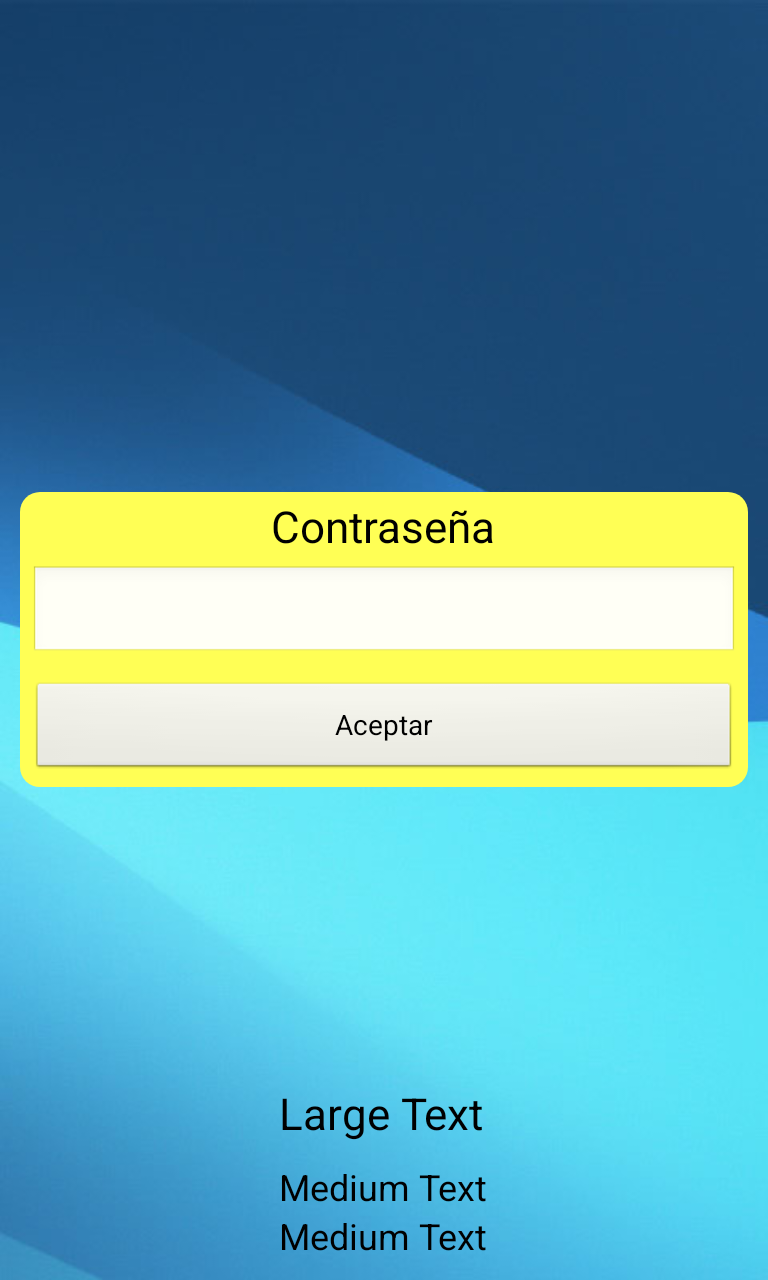
Repository: jonatansantos/Android-Server-Status
Layout: desarrollo/Principal/res/layout/login.xml
These files come from the project's save history. The layout is drawn as it stood at one moment and after the next save; the edit follows.
It is drawn on a 768 x 1280 px phone screen (xhdpi) without system bars, with theme android:Theme.Light.NoTitleBar; the app's code is not run.

Above is the layout before, as saved 2012-06-13 11:59:44.

### desarrollo/Principal/res/layout/login.xml
<?xml version="1.0" encoding="utf-8"?>
<RelativeLayout xmlns:android="http://schemas.android.com/apk/res/android"
    android:background="@drawable/fondo"
    android:id="@+id/RelativeLayout1"
    android:layout_width="match_parent"
    android:layout_height="match_parent"
    android:orientation="vertical" >





    <LinearLayout
        android:id="@+id/linear1"
        android:layout_width="match_parent"
        android:layout_height="wrap_content"
        android:layout_centerHorizontal="true"
        android:layout_centerVertical="true"
        android:layout_margin="10dp"
        android:background="@drawable/borde"
        android:orientation="vertical" >






        <TextView
            android:id="@+id/textView1"
            android:layout_width="wrap_content"
            android:layout_height="wrap_content"
            android:layout_gravity="center"
            android:layout_marginTop="2dp"
            android:gravity="center"
            android:text="@string/pass"
            android:textAppearance="?android:attr/textAppearanceLarge" />



        <EditText
            android:id="@+id/et_login_pass"
            android:layout_width="match_parent"
            android:layout_height="wrap_content"
            android:layout_margin="5dp"
            android:ems="10" />




        <LinearLayout
            android:id="@+id/linear2"
            android:layout_width="match_parent"
            android:layout_height="wrap_content"
            android:layout_weight="2"
            android:weightSum="2" >







            <Button
                android:id="@+id/bt_login_ok"
                android:layout_width="match_parent"
                android:layout_height="wrap_content"
                android:layout_margin="5dp"
                android:layout_weight="1"
                android:text="@string/aceptar" />

        </LinearLayout>

    </LinearLayout>


    <TextView
        android:id="@+id/textView2"
        android:layout_width="wrap_content"
        android:layout_height="wrap_content"
        android:layout_alignParentBottom="true"
        android:layout_centerHorizontal="true"
        android:layout_marginBottom="10dp"
        android:text="Medium Text"
        android:textAppearance="?android:attr/textAppearanceMedium" />

    <TextView
        android:id="@+id/textView3"
        android:layout_width="wrap_content"
        android:layout_height="wrap_content"
        android:layout_above="@+id/textView2"
        android:layout_alignLeft="@+id/textView2"
        android:text="Medium Text"
        android:textAppearance="?android:attr/textAppearanceMedium" />


    <TextView
        android:id="@+id/textView4"
        android:layout_width="wrap_content"
        android:layout_height="wrap_content"
        android:layout_above="@+id/textView3"
        android:layout_alignLeft="@+id/textView3"
        android:layout_marginBottom="10dp"
        android:text="Large Text"
        android:textAppearance="?android:attr/textAppearanceLarge" />

</RelativeLayout>

### desarrollo/Principal/res/drawable/borde.xml
<?xml version="1.0" encoding="utf-8"?>
<shape xmlns:android="http://schemas.android.com/apk/res/android"
    android:shape="rectangle">
    <solid android:color="#FFFF55"/>
    <corners android:bottomRightRadius="10dp" android:bottomLeftRadius="10dp"
        android:topLeftRadius="10dp" android:topRightRadius="10dp"/>


</shape>

### desarrollo/Principal/res/values/strings.xml
<?xml version="1.0" encoding="utf-8"?>
<resources>

    <string name="hello">Hello World, PrototipoGUIActivity!</string>
    <string name="app_name">PrototipoGUI</string>
    <string name="vacia"></string>
    <string name="terminal">terminal</string>
    <string name="gps">gps</string>
    <string name="localizadorgps">localizador gps</string>
    <string name="control">control accesos</string>
    <string name="pass">Contraseña</string>
    <string name="ok">OK</string>
    <string name="aceptar">Aceptar</string>
    <string name="estado">Estado :</string>
    <string name="online">ON LINE</string>
    <string name="david">David Herrero de la Peña</string>
    <string name="jonatan">Jonatan Santos Barrios</string>
    <string name="version">Versión 1.0</string>

</resources>

After the next save:
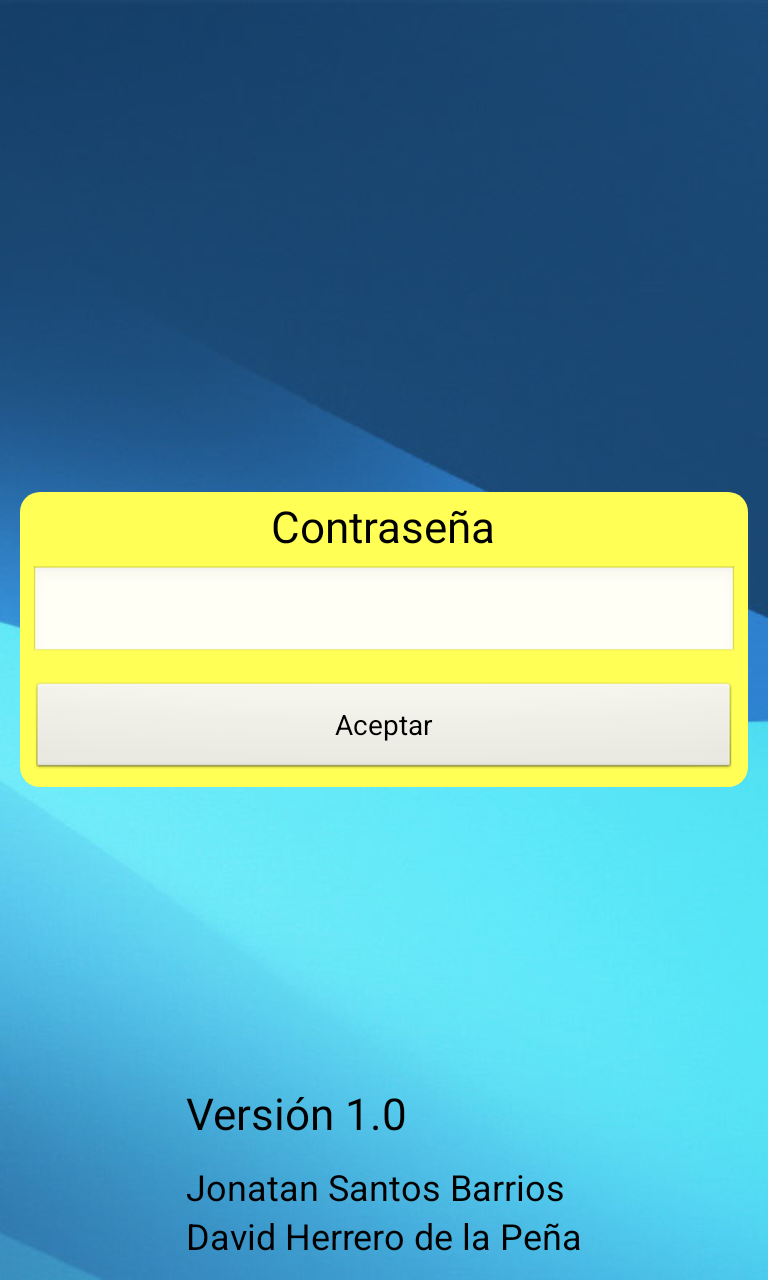
Saved 15 s later.
--- a/desarrollo/Principal/res/layout/login.xml
+++ b/desarrollo/Principal/res/layout/login.xml
@@ -73,6 +73,7 @@
     </LinearLayout>
 
 
+
     <TextView
         android:id="@+id/textView2"
         android:layout_width="wrap_content"
@@ -80,8 +81,9 @@
         android:layout_alignParentBottom="true"
         android:layout_centerHorizontal="true"
         android:layout_marginBottom="10dp"
-        android:text="Medium Text"
+        android:text="@string/david"
         android:textAppearance="?android:attr/textAppearanceMedium" />
+
 
     <TextView
         android:id="@+id/textView3"
@@ -89,8 +91,9 @@
         android:layout_height="wrap_content"
         android:layout_above="@+id/textView2"
         android:layout_alignLeft="@+id/textView2"
-        android:text="Medium Text"
+        android:text="@string/jonatan"
         android:textAppearance="?android:attr/textAppearanceMedium" />
+
 
 
     <TextView
@@ -100,7 +103,7 @@
         android:layout_above="@+id/textView3"
         android:layout_alignLeft="@+id/textView3"
         android:layout_marginBottom="10dp"
-        android:text="Large Text"
+        android:text="@string/version"
         android:textAppearance="?android:attr/textAppearanceLarge" />
 
 </RelativeLayout>
